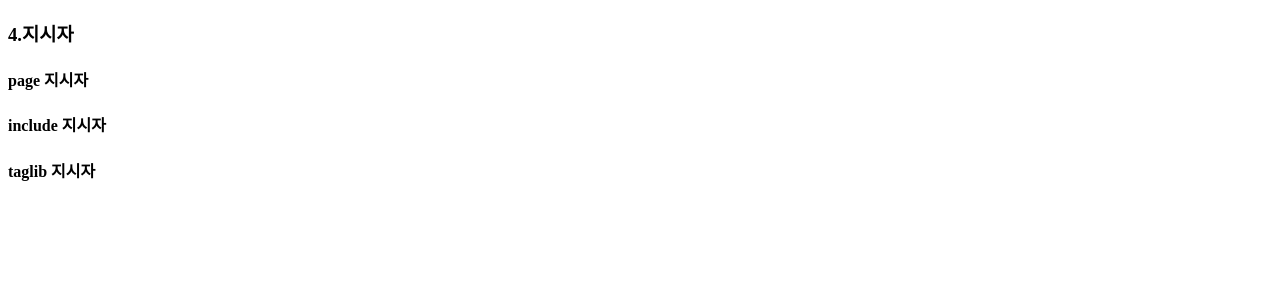
Repository: gahuileeee/JSP
Page: http://localhost/ch02/4.지시자.jsp
These files come from the project's save history. The page is drawn as it stood at one moment and after the next save; the edit follows.
The browser window is 1280 px wide. The pictures show the whole page.
The page is served by Tomcat 9.

Above is the page before, as saved 2024-01-29 02:16:14.

After the next save:
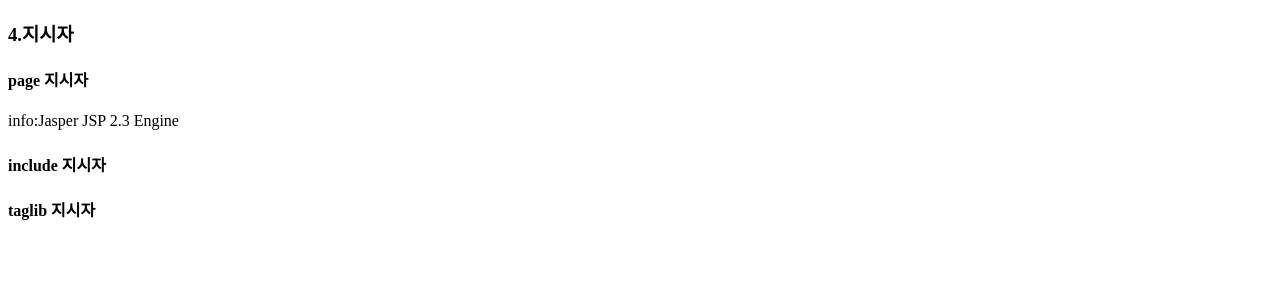
Saved 2 min 43 s later.
--- a/ch02/src/main/webapp/4.지시자.jsp
+++ b/ch02/src/main/webapp/4.지시자.jsp
@@ -8,6 +8,9 @@
 	<body>
 		<h3>4.지시자</h3>
 		<h4>page 지시자</h4>
+		<p>
+			info:<%= getServletInfo() %>
+		</p>
 		<h4>include 지시자</h4>
 		<h4>taglib 지시자</h4>
 	</body>
